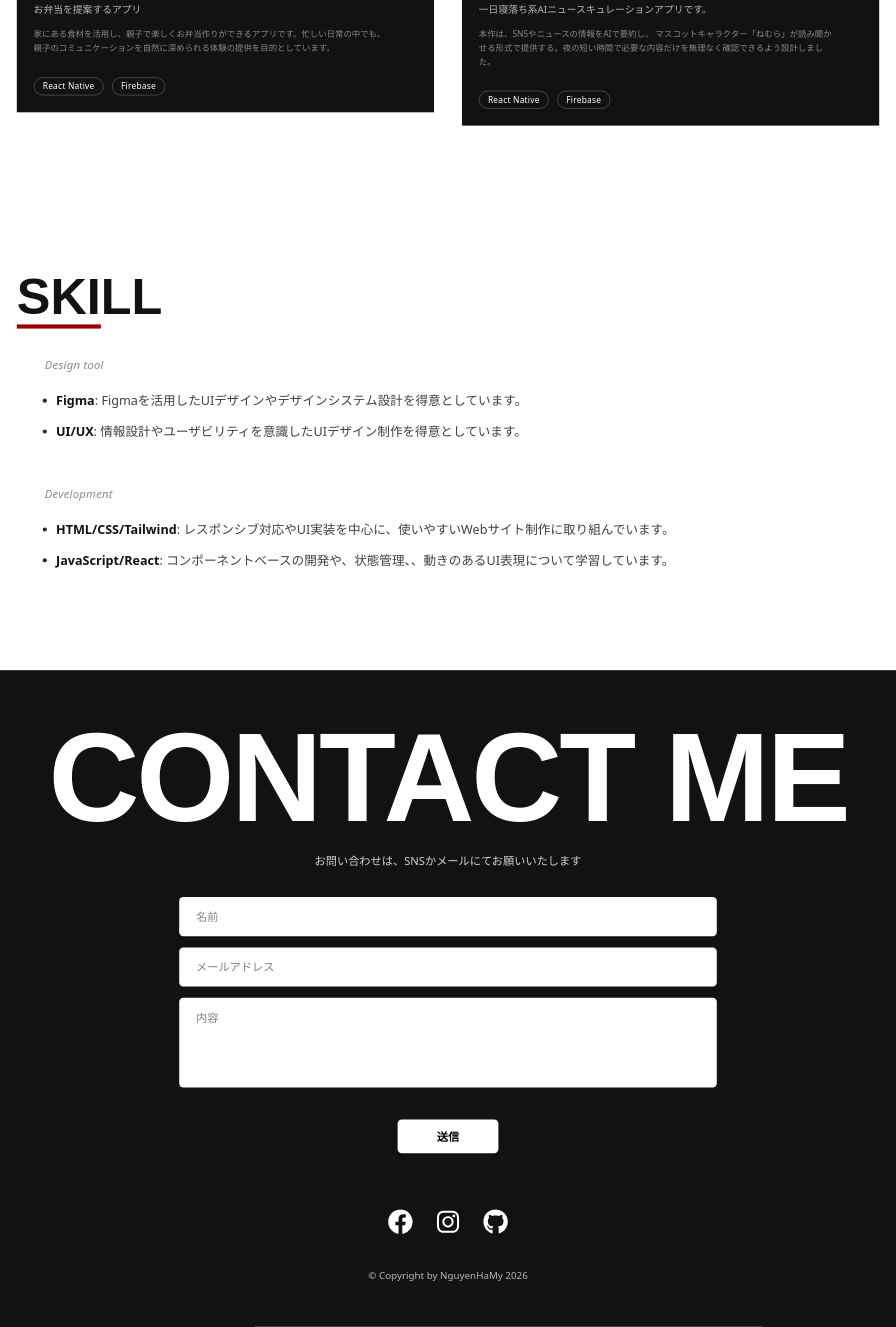
Repository: meme2603/Portfolio-HaMy
Page: / (app in my-portfolio/)
These files come from the project's save history. The page is drawn as it stood at one moment and after the next save; the edit follows.
The browser window is 1280 px wide. The pictures show the part of the page from y = 4418 to 6338 px (the page is 6314 px tall before and 6338 px after), at 70% of full size.
Some web fonts or font styles are not loaded; a fallback is used. The project was rebuilt for these pictures with package versions that can differ from the ones it lists, and the page was loaded fresh each time. Also part of the build but not shown: my-portfolio/vite.config.js.

Above is the page before, as saved 2026-05-29 14:52:11.

### my-portfolio/index.html
<!doctype html>
<html lang="ja">
  <head>
    <meta charset="UTF-8" />

    <link rel="icon" type="image/png" href="/memex2.png" />
    <meta name="viewport" content="width=device-width, initial-scale=1.0" />
    <title>My Portfolio</title>
    <link rel="preconnect" href="https://fonts.googleapis.com" />
    <link rel="preconnect" href="https://fonts.gstatic.com" crossorigin />
    <link
      href="https://fonts.googleapis.com/css2?family=Akshar:wght@300..700&family=Poppins:wght@300;400;600;700&display=swap"
      rel="stylesheet"
    />
  </head>
  <body>
    <div id="root"></div>

    <script type="module" src="/src/main.jsx"></script>
  </body>
</html>

### my-portfolio/src/main.jsx
import React from "react";
import ReactDOM from "react-dom/client";
import App from "./App";
import "./index.css";

ReactDOM.createRoot(document.getElementById("root")).render(
  <React.StrictMode>
    <App />
  </React.StrictMode>,
);

### my-portfolio/src/App.jsx
import Header from "./components/Header";
import Hero from "./components/Hero";
import About from "./components/About";
import Projects from "./components/Projects";
import Skills from "./components/Skills";
import Contact from "./components/Contact";
function App() {
  return (
    <div className="App">
      <Header />
      <Hero />
      <About />
      <Projects />
      <Skills />
      <Contact />
    </div>
  );
}

export default App;

### my-portfolio/src/index.css
@import "tailwindcss";
@theme {
  --color-primary: #9c0000;
  --color-background: #fff;
  --color-font: #121212;

  --opacity-overlay: 0.65;
  --opacity-glass: 0.1;

  --font-poppins: "Poppins", sans-serif;
  --font-akshar: "Akshar", sans-serif;
}

### my-portfolio/src/components/Header.jsx
import { useState } from "react";
function MenuItem({ text }) {
  return (
    <li>
      <a
        href={`#${text.toLowerCase()}`}
        className="text-primary text-xl relative group transition-colors"
      >
        {text}
        <span
          className="
            absolute left-0 -bottom-[4px] w-0 h-[1px] bg-primary
            transition-all duration-300 group-hover:w-full
          "
        ></span>
      </a>
    </li>
  );
}

function Header() {
  const [isOpen, setIsOpen] = useState(false);
  const menuItems = ["About", "Projects", "Contact"];
  return (
    <header className="fixed top-0 left-0 w-full h-24 bg-background border-b border-gray-300 z-60">
      <div className="max-w-7xl mx-auto h-full px-6 flex justify-between items-center">
        <div className="shrink-0">
          <a
            href="/"
            className="text-4xl text-primary font-semibold font-akshar"
          >
            HA MY
          </a>
        </div>

        <nav className="hidden lg:block">
          <ul className="flex space-x-10">
            {menuItems.map((item) => (
              <MenuItem key={item} text={item} />
            ))}
          </ul>
        </nav>

        <button
          onClick={() => setIsOpen(!isOpen)}
          className="block lg:hidden text-primary focus:outline-none z-50"
          aria-label="Menu"
        >
          <svg
            xmlns="http://www.w3.org/2000/svg"
            className="h-8 w-8"
            fill="none"
            viewBox="0 0 24 24"
            stroke="currentColor"
          >
            <path
              strokeLinecap="round"
              strokeLinejoin="round"
              strokeWidth="2"
              d={isOpen ? "M6 18L18 6M6 6l12 12" : "M4 6h16M4 12h16M4 18h16"}
            />
          </svg>
        </button>

        <div
          className={`
            absolute top-24 left-0 w-full bg-background border-b border-gray-300
            flex flex-col items-center shadow-lg lg:hidden
            overflow-hidden transition-all duration-700 ease-in-out
            ${isOpen ? "max-h-96 opacity-100 py-8 space-y-6" : "max-h-0 opacity-0 py-0 space-y-0 border-none"}
          `}
        >
          <div className="flex flex-col items-center w-full py-6 space-y-6">
            <a
              href="#about"
              onClick={() => setIsOpen(false)}
              className="text-primary text-2xl transition-opacity duration-700"
            >
              About
            </a>
            <a
              href="#projects"
              onClick={() => setIsOpen(false)}
              className="text-primary text-2xl transition-opacity duration-700"
            >
              Projects
            </a>
            <a
              href="#contact"
              onClick={() => setIsOpen(false)}
              className="text-primary text-2xl transition-opacity duration-700"
            >
              Contact
            </a>
          </div>
        </div>
      </div>
    </header>
  );
}

export default Header;

### my-portfolio/src/components/Hero.jsx
import avatarImg from "../assets/avatar.png";
function Hero() {
  return (
    <section className="relative w-full h-[calc(100vh-88px)] mt-24 bg-background overflow-hidden flex flex-col items-center pb-16">
      <div className="w-full pt-10 pb-5 z-20">
        <h1
          className="
            text-[90px]
            md:text-[140px]
            lg:text-[210px]
            font-bold
            font-akshar
            text-center
            leading-[0.7]
            text-font
            tracking-tighter
          "
        >
          PORTFOLIO
        </h1>
      </div>

      <div className="relative w-full max-w-[1440px] flex flex-col md:flex-row items-center md:items-end justify-center z-30">
        {/* LEFT */}
        <div className="flex-1 flex justify-center pb-8 md:pb-60 lg:pb-80">
          <div className="flex flex-col items-center text-center space-y-2">
            <p className="text-sm md:text-base lg:text-lg font-poppins">Hi!</p>

            <p className="text-sm md:text-base lg:text-lg font-poppins">
              My name is{" "}
              <span className="font-semibold text-base md:text-lg lg:text-xl font-poppins">
                NGUYEN THI HA MY
              </span>
            </p>

            <p className="text-base md:text-lg lg:text-xl font-light">
              I'm from VietNam
            </p>
          </div>
        </div>

        <div className="relative flex justify-center shrink-0">
          <img
            src={avatarImg}
            alt="Ha My"
            className="
              block
              h-[320px]
              md:h-[460px]
              lg:h-[601px]
              object-cover

            "
          />
        </div>

        <div className="flex-1 flex justify-center pb-8 md:pb-60 lg:pb-80">
          <div className="flex flex-col text-center space-y-2">
            <p className="text-base md:text-lg lg:text-xl font-light">
              I'm{" "}
              <span className="font-semibold text-base md:text-lg lg:text-xl">
                UI/UX Designer
              </span>{" "}
              and
            </p>

            <p className="text-base md:text-lg lg:text-xl font-semibold font-poppins">
              Design Engineer
            </p>

            <p className="text-sm md:text-base lg:text-lg font-light font-poppins">
              Now I'm living in Japan.
            </p>
          </div>
        </div>
      </div>
      <div className="absolute h-13 bottom-0 left-0 w-full bg-font py-3 md:py-4"></div>
      <div className="relative w-full mt-0 md:mt-0 lg:-mt-40 z-40">
        <div className="relative flex justify-center leading-none -mb-8 lg:-mb-12">
          <span
            className="
              absolute
              inset-0
              flex
              justify-center
              translate-x-[4px]
              translate-y-[4px]
              lg:text-[200px]
              md:text-[110px]
              sm:text-[80px]
              font-bold
              font-akshar
              tracking-tighter
              text-font
            "
          >
            Designer
          </span>

          <h2
            className="
              relative
              lg:text-[200px]
              md:text-[110px]
              sm:text-[80px]
              font-bold
              font-akshar
              tracking-tighter
              text-primary
            "
          >
            Designer
          </h2>
        </div>
      </div>

      {/* <div
        className="absolute
                  bottom-3
                  left-1/2
                  -translate-x-1/2
                  z-50
                  px-10
                  py-0.5"
      >
        <p className="text-background text-center text-[10px] md:text-xs font-light tracking-[2px]">
          This is my portfolio. Hope you enjoy it !
        </p>
      </div> */}
    </section>
  );
}

export default Hero;

### my-portfolio/src/components/About.jsx
import aboutImg from "../assets/about.jpg";
function About() {
  return (
    <section className="relative w-full h-auto py-24 bg-background overflow-hidden mt-16">
      <div className="max-w-7xl mx-auto px-6 md:px-10">
        {/* TITLE */}
        <div className="mb-16">
          <h1 className="text-5xl md:text-6xl lg:text-7xl font-bold font-akshar text-font leading-none">
            ABOUT ME
          </h1>

          <div className="w-[80px] md:w-[100px] lg:w-[120px] lg:h-[6px] md:h-[5px] h-[4px] bg-primary mt-1"></div>
        </div>

        {/* CONTENT */}
        <div className="flex flex-col lg:flex-row items-center lg:items-start gap-16">
          {/* LEFT */}
          <div className="w-full lg:w-[380px] shrink-0">
            <div className="bg-white rounded-2xl shadow-md p-5">
              <img
                src={aboutImg}
                alt="About Me"
                className="w-full  h-[300px] object-cover rounded-xl"
              />

              <div className="mt-5">
                <h2 className="text-3xl font-akshar font-bold tracking-wide text-font">
                  NGUYEN THI HA MY
                </h2>

                <p className="text-font/70 text-lg mt-1">2001.03.30</p>
              </div>

              <div className="flex gap-3 mt-6">
                <span className="border border-font rounded-full px-4 py-2 text-sm">
                  UI/UX Designer
                </span>

                <span className="border border-font rounded-full px-4 py-2 text-sm">
                  Design Engineer
                </span>
              </div>
            </div>
          </div>

          {/* RIGHT */}
          <div className="flex-1 max-w-[760px]">
            <h2 className="text-2xl md:text-3xl font-semibold font-akshar text-primary tracking-[4px] mb-8">
              PROFILE!!
            </h2>

            <div className="space-y-6 text-font leading-[2.2] text-sm md:text-base lg:text-lg">
              <p>
                ベトナム出身の
                <span className="font-semibold">
                  グエン ティ ハ ミー（ NGUYEN THI HA MY）
                </span>
                です。
              </p>

              <p>
                現在は専門学校で、
                <span className="font-semibold">デザインやコーディング </span>
                について学びながらWeb制作やフロントエンド技術の基礎を学んでおります。
              </p>

              <p>
                2021年に来日し、最初の1年間は日本語学校で日本語を学びました。
                <br />
                その後、ビジネス専門学校に進学し、日本の文化やビジネスマナー、コミュニケーション力を身につけてまいりました。
                その中で、コンピュータの授業を通して、Webデザインという職業があることを初めて知り、興味を持つようになりました。
              </p>

              <p>
                留学生として日本とベトナム両方の文化に触れてきた経験を活かし、将来はユーザーの多様な視点やニーズを理解し、最適な体験をデザインする
                <span className="font-semibold text-primary text-xl">
                  UI/UXデザイナー
                </span>
                を目指しております。
              </p>
            </div>
          </div>
        </div>
      </div>
    </section>
  );
}
export default About;

### my-portfolio/src/components/Projects.jsx
import ProjectSection from "./ProjectSection";
import { websiteProjects, appProjects } from "./ProjectsData";

function Projects() {
  return (
    <section className="pt-20 bg-background">
      <div className="max-w-7xl mx-auto px-6">
        <h1 className="text-5xl md:text-6xl lg:text-7xl font-akshar font-bold text-font">
          PROJECTS
        </h1>
        <div className="w-[80px] md:w-[100px] lg:w-[120px] lg:h-[6px] md:h-[5px] h-[4px] bg-primary mt-1 mb-20"></div>
        <ProjectSection
          title="Website Design"
          description="学校で学んだ知識を活かし、企画からデザイン、コーディングまで一貫して制作したWebプロジェクトです。"
          projects={websiteProjects}
        />
        <ProjectSection
          title="Application Design"
          description="チームプロジェクトとして、企画からUI/UX設計までチームで共同制作したモバイルアプリです。"
          projects={appProjects}
        />
      </div>
    </section>
  );
}

export default Projects;

### my-portfolio/src/components/Skills.jsx
import { skillData } from "./ProjectsData";

function Skill() {
  return (
    <section className="w-full pt-20 pb-16">
      <div className="max-w-7xl mx-auto px-6 pb-10">
        <h2 className="text-5xl md:text-6xl lg:text-7xl font-bold font-akshar text-font leading-none">
          SKILL
        </h2>

        <div className="w-[80px] md:w-[100px] lg:w-[120px] lg:h-[6px] md:h-[5px] h-[4px] bg-primary mt-1"></div>
      </div>

      <div className="max-w-7xl mx-auto px-16 space-y-16">
        {skillData.map((group, index) => (
          <div key={index}>
            <h3 className="text-base font-medium text-font/50 mb-6 tracking-wide italic">
              {group.category}
            </h3>

            <ul className="space-y-4 pl-4">
              {group.skills.map((skill, sIndex) => (
                <li key={sIndex} className="list-disc text-font/90 text-lg">
                  <span className="font-bold text-font">{skill.name}</span>
                  <span className="text-font/80 font-light">
                    : {skill.status} {skill.desc}
                  </span>
                </li>
              ))}
            </ul>
          </div>
        ))}
      </div>
    </section>
  );
}

export default Skill;

### my-portfolio/src/components/Contact.jsx
import { FaFacebook, FaInstagram, FaGithub } from "react-icons/fa";

function Contact() {
  return (
    <section className="bg-font text-background py-16 overflow-hidden mt-20">
      <div className="max-w-7xl mx-auto px-6">
        <h1
          className="
                text-center
                font-akshar
                font-bold
                leading-none
                tracking-tight
                text-[70px]
                sm:text-[100px]
                md:text-[140px]
                lg:text-[180px]
                "
        >
          CONTACT ME
        </h1>
        <p
          className="
                text-center
                text-sm
                md:text-base
                text-white/80
                mt-4
                mb-10
                "
        >
          お問い合わせは、SNSかメールにてお願いいたします
        </p>
        <form className="max-w-3xl mx-auto">
          <input
            type="text"
            placeholder="名前"
            className="
                    w-full
                    bg-background
                    text-font
                    rounded-md
                    px-6
                    py-4
                    mb-4
                    outline-none
                "
          />
          <input
            type="email"
            placeholder="メールアドレス"
            className="
                    w-full
                    bg-white
                    text-black
                    rounded-md
                    px-6
                    py-4
                    mb-4
                    outline-none
                "
          />
          <textarea
            placeholder="内容"
            rows="4"
            className="
                    w-full
                    bg-white
                    text-black
                    rounded-md
                    px-6
                    py-4
                    outline-none
                    resize-none
                "
          ></textarea>
          <div className="flex justify-center mt-10">
            <button
              className="
                    bg-white
                    text-black
                    px-14
                    py-3
                    rounded-md
                    font-semibold
                    transition-all
                    duration-300
                    hover:scale-105
                    "
            >
              送信
            </button>
          </div>
        </form>
        <div className="flex justify-center gap-8 mt-20 text-4xl">
          <a href="/" className="hover:scale-110 transition-all duration-300">
            <FaFacebook />
          </a>

          <a href="/" className="hover:scale-110 transition-all duration-300">
            <FaInstagram />
          </a>

          <a href="/" className="hover:scale-110 transition-all duration-300">
            <FaGithub />
          </a>
        </div>

        {/* COPYRIGHT */}
        <p
          className="
                text-center
                text-sm
                text-white/70

                mt-12
                "
        >
          © Copyright by NguyenHaMy 2026
        </p>
      </div>
    </section>
  );
}

export default Contact;

### my-portfolio/src/components/ProjectSection.jsx
import ProjectCard from "./ProjectCard";

function ProjectSection({ title, description, projects }) {
  return (
    <section className="mb-32">
      <h2
        className="
          text-[32px]
          leading-none
          font-bold
          font-akshar
          tracking-tight
          text-primary
        "
      >
        {title}
      </h2>

      <p
        className="
          mt-4
          text-font/70
          leading-relaxed
        "
      >
        {description}
      </p>

      <div className="grid grid-cols-1 md:grid-cols-2 gap-10 mt-14">
        {projects.slice(0, 4).map((project, index) => (
          <ProjectCard
            key={index}
            year={project.year}
            title={project.title}
            titleJP={project.titleJP}
            description={project.desc}
            tags={project.tags}
            image={project.img}
          />
        ))}
      </div>
    </section>
  );
}

export default ProjectSection;

### my-portfolio/src/components/ProjectsData.js
// projectsData.js
// 1. Import ảnh ở đầu file để JS hiểu đường dẫn
import portfoliothumb from "../assets/portfoliothumb.jpg";
import coffeethumb from "../assets/coffeethumb.jpg";
import sneakerthumb from "../assets/sneakerthumb.jpg";
import okayamathumb from "../assets/okayamathumb.jpg";
import nemurathumb from "../assets/nemurathumb.jpg";
import easycookthumb from "../assets/easycookthumb.jpg";

export const websiteProjects = [
  {
    year: "2025",
    title: "Coffee Shop",
    titleJP: "カフェショップサイト",
    desc: "家族みんなが安心して過ごせるカフェをテーマに、Webサイトを制作しました。",
    tags: ["Figma", "HTML", "CSS", "JavaScript"],
    img: coffeethumb,
  },
  {
    year: "2026",
    title: "Portfolio.",
    titleJP: "ポートフォリオ",
    desc: "就職活動のために制作したポートフォリオサイトです。",
    tags: ["Figma", "React", "Tailwind"],
    img: portfoliothumb,
  },
  {
    year: "2025",
    title: "Sneaker LP",
    titleJP: "スニーカーLP",
    desc: "新作スニーカーの販売に向けた、ランディングページを制作しました。",
    tags: ["Figma", "HTML", "SCSS"],
    img: sneakerthumb,
  },
  {
    year: "2025",
    title: "Okayama kankou",
    titleJP: "観光サイト",
    desc: "昔話「桃太郎」をテーマに、岡山の伝説・史実・文化を体験できる観光サイトを制作しました。",
    tags: ["Figma", "UI/UX"],
    img: okayamathumb,
  },
];

export const appProjects = [
  {
    year: "2025",
    title: "EASY COOK APP",
    titleJP: "お弁当を提案するアプリ",
    desc: "家にある食材を活用し、親子で楽しくお弁当作りができるアプリです。忙しい日常の中でも、親子のコミュニケーションを自然に深められる体験の提供を目的としています。",
    tags: ["React Native", "Firebase"],
    img: easycookthumb,
  },
  {
    year: "2025-2026",
    title: "Nemura APP",
    titleJP: "一日寝落ち系AIニュースキュレーションアプリです。",
    desc: "本作は、SNSやニュースの情報をAIで要約し、 マスコットキャラクター「ねむら」が読み聞かせる形式で提供する。夜の短い時間で必要な内容だけを無理なく確認できるよう設計しました。",
    tags: ["React Native", "Firebase"],
    img: nemurathumb,
  },
];

// skillsData.js
export const skillData = [
  {
    category: "Design tool",
    skills: [
      {
        name: "Figma",
        // status: "上級",
        desc: "Figmaを活用したUIデザインやデザインシステム設計を得意としています。",
      },
      {
        name: "UI/UX",
        // status: "上級",
        desc: "情報設計やユーザビリティを意識したUIデザイン制作を得意としています。",
      },
    ],
  },
  {
    category: "Development",
    skills: [
      {
        name: "HTML/CSS/Tailwind",
        // status: "基礎レベル",
        desc: "レスポンシブ対応やUI実装を中心に、使いやすいWebサイト制作に取り組んでいます。",
      },
      {
        name: "JavaScript/React",
        // status: "基礎知識・学習中",
        desc: "コンポーネントベースの開発や、状態管理、、動きのあるUI表現について学習しています。",
      },
    ],
  },
];

### my-portfolio/src/components/ProjectCard.jsx
// ProjectCard = component dùng để hiển thị 1 project card
function ProjectCard({ year, title, titleJP, description, tags, image }) {
  return (
    <div className="group cursor-pointer ">
      <div className="overflow-hidden bg-font">
        <img
          src={image}
          alt={title}
          className="
            w-full
            object-cover
            transition-all
            duration-500
            group-hover:scale-105
            group-hover:opacity-90
          "
        />
      </div>

      {/* INFO */}
      <div className="bg-font text-background px-6 py-6 ">
        <div className="flex items-start justify-between">
          <div>
            {/* ĐIỀN NĂM VÀO ĐÂY */}
            <p className="text-[12px] tracking-[2px] text-background/60 ">
              {year}
            </p>

            {/* ĐIỀN TIÊU ĐỀ VÀO ĐÂY */}
            <h3
              className="
                text-[40px]
                leading-none
                font-bold
                font-akshar
                tracking-tight
                mt-2
              "
            >
              {title}
            </h3>

            {/* ĐIỀN TIẾNG NHẬT VÀO ĐÂY */}
            <p className="text-sm text-background/70 mt-2">{titleJP}</p>

            {/* ĐIỀN MÔ TẢ VÀO ĐÂY */}
            <p className="text-xs text-background/50 leading-relaxed mt-4">
              {description}
            </p>
          </div>

          <div
            className="
              text-3xl
              transition-transform
              duration-300
              group-hover:translate-x-1
              group-hover:-translate-y-1
            "
          >
            ↗
          </div>
        </div>

        {/* BOTTOM - CHỖ NÀY ĐỂ HIỆN TAGS TỰ ĐỘNG NÈ */}
        <div className="mt-8 flex items-center gap-3 flex-wrap">
          {tags &&
            tags.map((tag, index) => (
              <span
                key={index}
                className="
                border
                border-background/30
                rounded-full
                px-3
                py-1
                text-xs
                tracking-wide
              "
              >
                {tag}
              </span>
            ))}
        </div>
      </div>
    </div>
  );
}

export default ProjectCard;

After the next save:
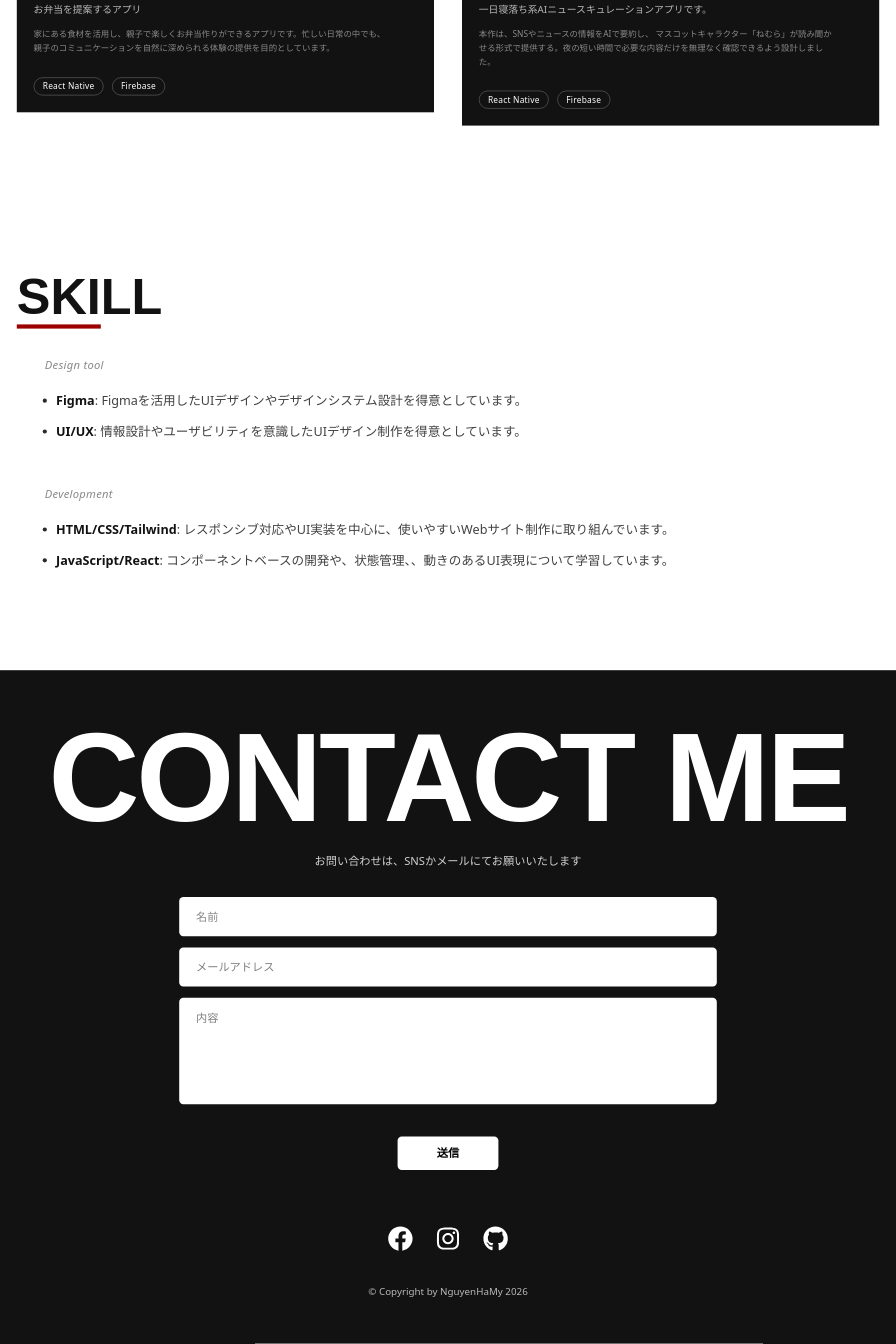
Saved 6 s later.
--- a/my-portfolio/src/components/Contact.jsx
+++ b/my-portfolio/src/components/Contact.jsx
@@ -62,7 +62,7 @@ function Contact() {
           />
           <textarea
             placeholder="内容"
-            rows="4"
+            rows="5"
             className="
                     w-full
                     bg-white
